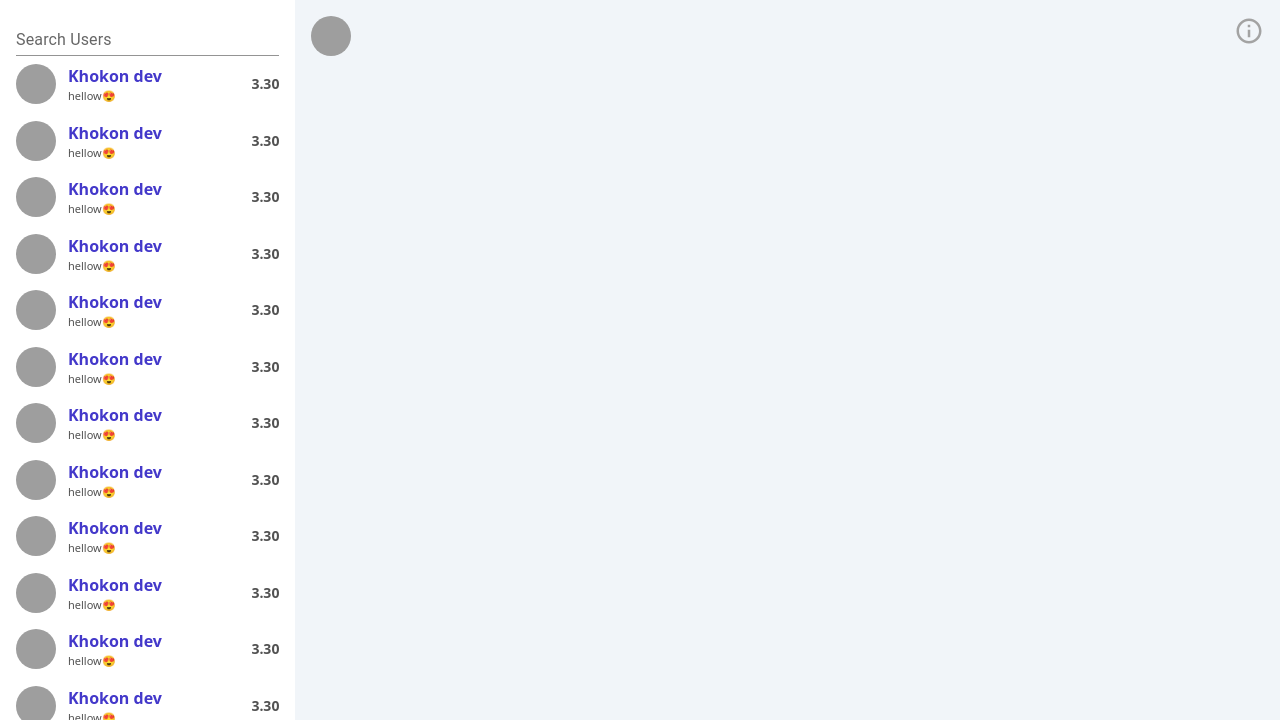
Repository: satya-ranjon/Instagram-clone-dev
Page: /inbox
These files come from the project's save history. The page is drawn as it stood at one moment and after the next save; the edit follows.
The browser window is 1280 px wide. The pictures show the whole page.
Pictures or frames that could not be fetched are drawn as grey boxes. The project was rebuilt for these pictures with package versions that can differ from the ones it lists, and the page was loaded fresh each time. Also part of the build but not shown: src/components/RightSideBar.jsx, src/components/Home/SinglePost.jsx, src/components/Home/PostList.jsx, src/components/Home/closeBtn.jsx, src/components/Home/newPostSectionOne.jsx, src/components/Home/NewPost.jsx, src/components/Home/Home.jsx, src/Assets/Logo.jsx and 8 more.

Above is the page before, as saved 2022-04-23 03:25:24.

After the next save:
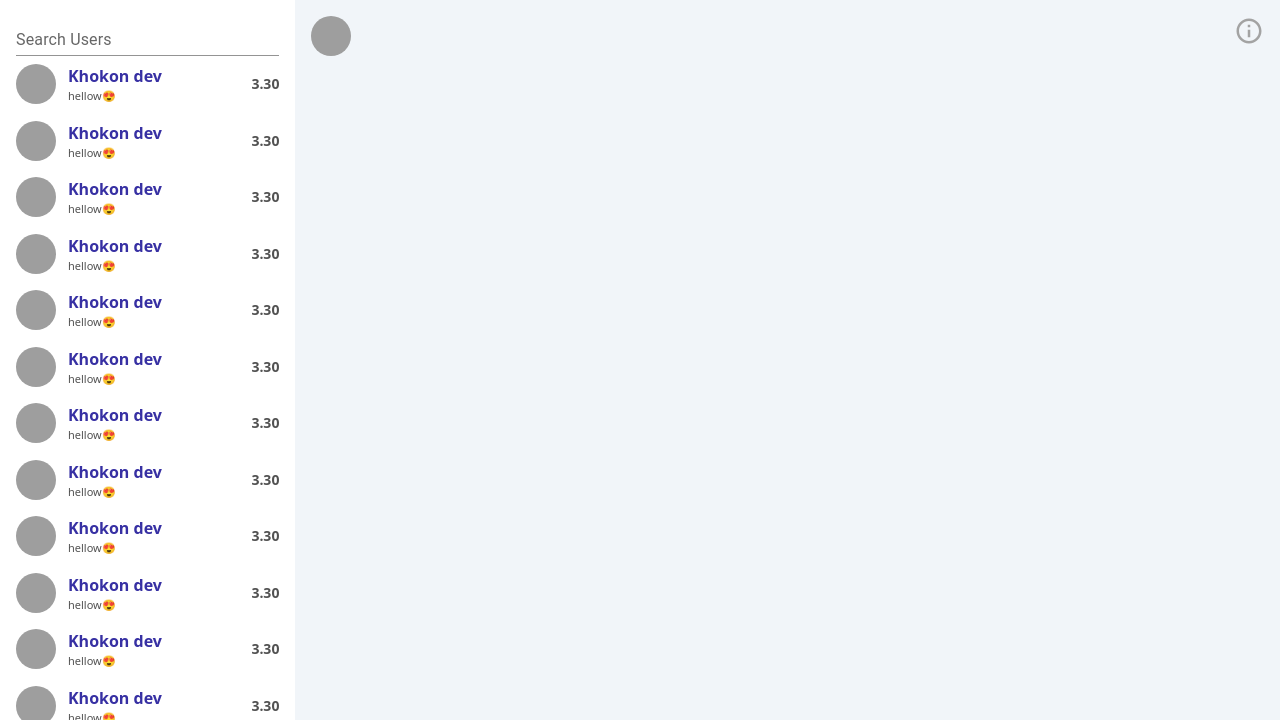
Saved 3 s later.
--- a/src/components/Inbox/UserList.jsx
+++ b/src/components/Inbox/UserList.jsx
@@ -11,7 +11,7 @@
           className=" cursor-pointer"
         />
         <div className="">
-          <p className=" font-semibold text-indigo-700 text-md ">Khokon dev</p>
+          <p className=" font-semibold text-indigo-800 text-md ">Khokon dev</p>
           <p className=" text-[11px]">hellow😍</p>
         </div>
       </div>

After the save that followed:
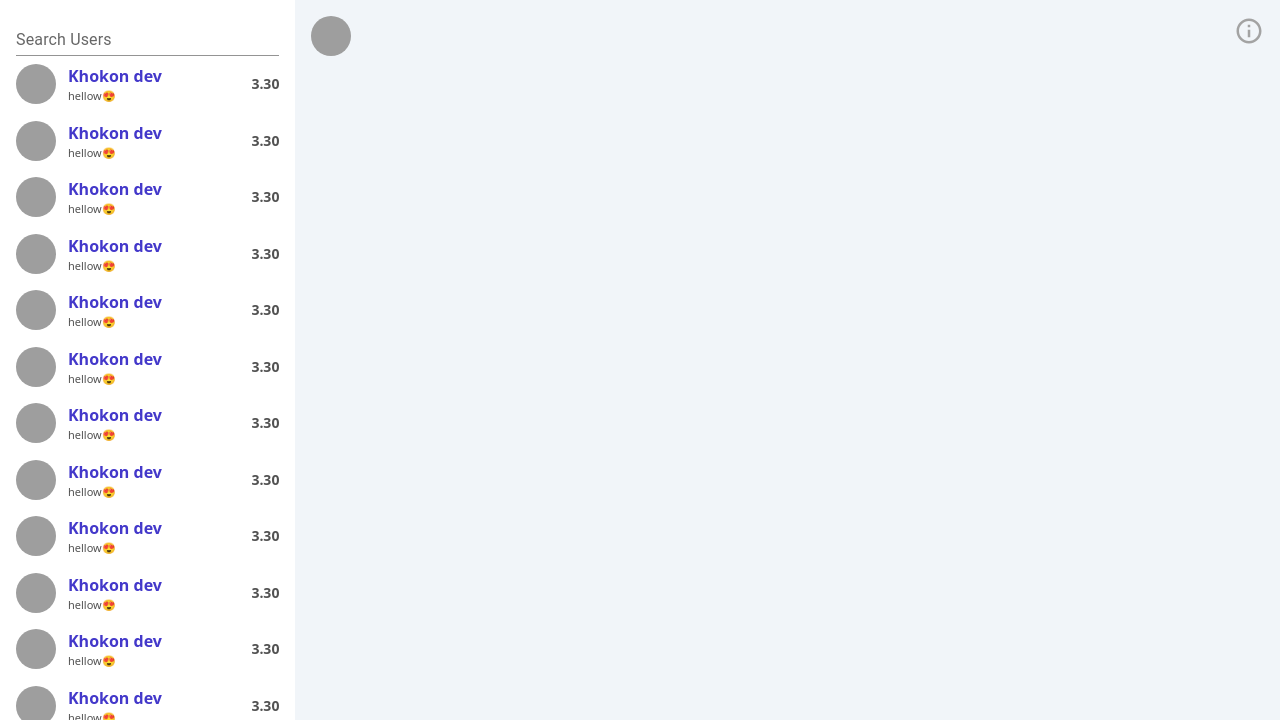
Saved 5 s later.
--- a/src/components/Inbox/UserList.jsx
+++ b/src/components/Inbox/UserList.jsx
@@ -11,7 +11,7 @@
           className=" cursor-pointer"
         />
         <div className="">
-          <p className=" font-semibold text-indigo-800 text-md ">Khokon dev</p>
+          <p className=" font-semibold text-indigo-700 text-md ">Khokon dev</p>
           <p className=" text-[11px]">hellow😍</p>
         </div>
       </div>
